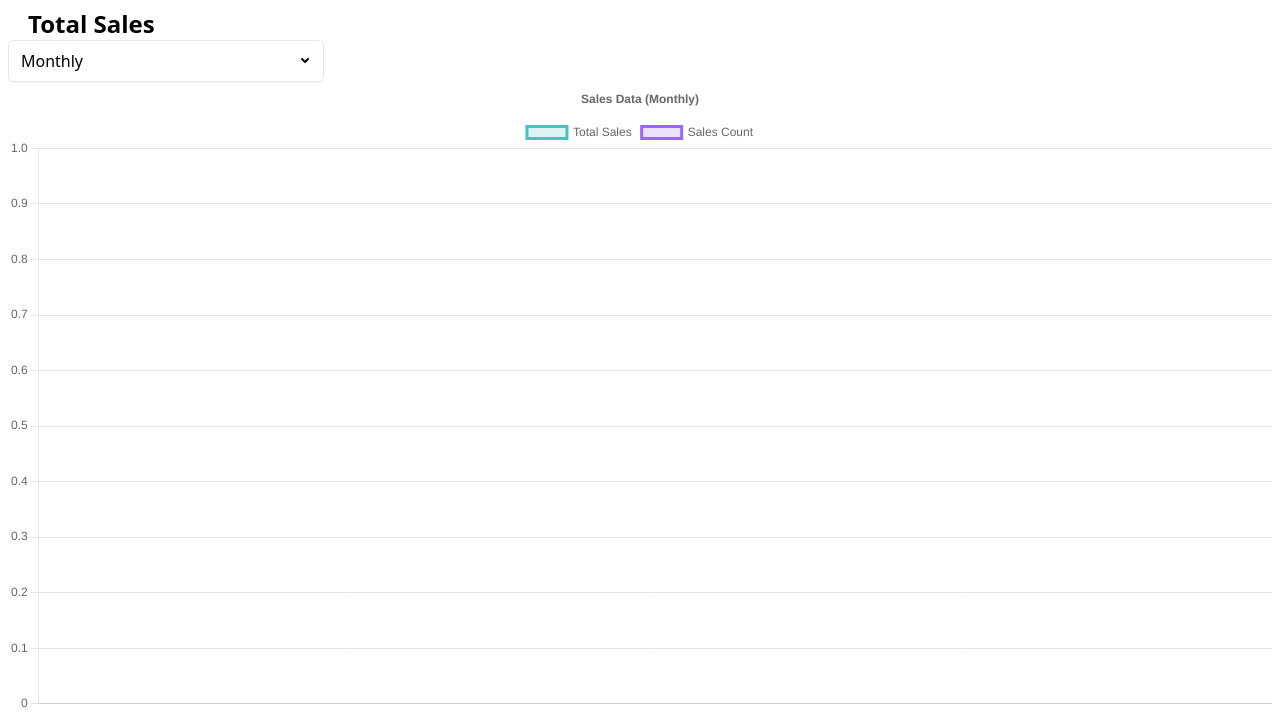
Repository: Qu4ntumGuy/visualize-it
Page: / (app in frontend/)
The author's editor kept a copy of each file at every save. The page is drawn from the files as they stood at one save, then again after the next save.
The browser window is 1280 px wide. The pictures show the whole page.
The page's requests for data from a server got no answer. An inner scrolling area shows only its first screen. The project was rebuilt for these pictures with package versions that can differ from the ones it lists, and the page was loaded fresh each time. No one was signed in, and anything a server would have sent is missing.

Above is the page before, as saved 2024-08-19 15:07:52.

### frontend/src/App.js
import axios from "axios";
import TotalSales from "./Components/TotalSales";
import { useEffect, useState } from "react";
import Dropdown from "./Components/Dropdown";

function App() {
  const [data, setData] = useState([]);
  const [dataType, setDataType] = useState("monthly");
  const [inputType, setInputType] = useState("monthlyTotalSales");

  const handleSelect = (option) => {
    setInputType(option);
  };

  const fetchSalesData = async () => {
    try {
      const response = await axios.get(
        `http://localhost:8000/api/${inputType}`
      );
      // console.log(response.data.data);
      setData(response.data.data);
    } catch (error) {
      console.error(error);
    }
  };

  useEffect(() => {
    fetchSalesData();
  }, [inputType]);

  return (
    <div className="h-screen overflow-hidden">
      <div className="h-screen overflow-y-auto p-2 max-w-7xl mx-auto">
        <div className=" text-2xl font-semibold ml-5">Total Sales</div>
        <div className=" w-1/4">
          <Dropdown
            options={[
              { value: "monthlyTotalSales", label: "Monthly" },
              { value: "dailyTotalSales", label: "Daily" },
              { value: "quarterlyTotalSales", label: "Quarterly" },
              { value: "yearlyTotalSales", label: "Yearly" },
            ]}
            onSelect={handleSelect}
          />
        </div>
        <TotalSales dataType={dataType} fetchedData={data} />
      </div>
    </div>
  );
}

export default App;

### frontend/src/Components/TotalSales.js
import React from "react";
import { Line } from "react-chartjs-2";
import {
  Chart as ChartJS,
  CategoryScale,
  LinearScale,
  PointElement,
  LineElement,
  Title,
  Tooltip,
  Legend,
} from "chart.js";

// Register the necessary components with Chart.js
ChartJS.register(
  CategoryScale,
  LinearScale,
  PointElement,
  LineElement,
  Title,
  Tooltip,
  Legend
);

const TotalSales = ({ dataType, fetchedData }) => {
  console.log(dataType, fetchedData);
  const salesData = fetchedData;
  const labels = salesData.map((item) =>
    dataType === "monthly"
      ? `${item._id.month}/${item._id.year}`
      : `${item._id.quarter}/${item._id.year}`
  );

  const data = {
    labels,
    datasets: [
      {
        label: "Total Sales",
        data: salesData.map((item) => item.totalSales),
        borderColor: "rgba(75, 192, 192, 1)",
        backgroundColor: "rgba(75, 192, 192, 0.2)",
        fill: true,
        tension: 0.3,
      },
      {
        label: "Sales Count",
        data: salesData.map((item) => item.count),
        borderColor: "rgba(153, 102, 255, 1)",
        backgroundColor: "rgba(153, 102, 255, 0.2)",
        fill: true,
        tension: 0.3,
      },
    ],
  };

  const options = {
    responsive: true,
    plugins: {
      legend: {
        position: "top",
      },
      title: {
        display: true,
        text: `Sales Data (${
          dataType.charAt(0).toUpperCase() + dataType.slice(1)
        })`,
      },
    },
    scales: {
      y: {
        beginAtZero: true,
      },
    },
  };

  return <Line data={data} options={options} />;
};

export default TotalSales;

### frontend/src/Components/Dropdown.js
import React, { useState, useEffect, useRef } from "react";

const Dropdown = ({ options, onSelect }) => {
  const [isOpen, setIsOpen] = useState(false);
  const [selectedOption, setSelectedOption] = useState(options[0] || null);
  const dropdownRef = useRef(null);

  const handleSelectOption = (option) => {
    setSelectedOption(option);
    onSelect(option.value);
    setIsOpen(false);
  };

  const handleClickOutside = (event) => {
    if (dropdownRef.current && !dropdownRef.current.contains(event.target)) {
      setIsOpen(false);
    }
  };

  useEffect(() => {
    document.addEventListener("click", handleClickOutside, true);
    return () => {
      document.removeEventListener("click", handleClickOutside, true);
    };
  }, []);

  return (
    <div ref={dropdownRef} className="relative h-full">
      <button
        onClick={() => setIsOpen(!isOpen)}
        className={`inline-flex w-full justify-between border h-full items-center p-2 px-3 rounded-md shadow-sm  focus:outline-none `}
      >
        {selectedOption ? selectedOption.label : "Select an option"}
        <svg
          className="-mr-1 ml-2 h-5 w-5"
          xmlns="http://www.w3.org/2000/svg"
          viewBox="0 0 20 20"
          fill="currentColor"
          aria-hidden="true"
        >
          <path
            fillRule="evenodd"
            d="M6.293 7.293a1 1 0 011.414 0L10 9.586l2.293-2.293a1 1 0 111.414 1.414l-3 3a1 1 0 01-1.414 0l-3-3a1 1 0 010-1.414z"
            clipRule="evenodd"
          />
        </svg>
      </button>

      {isOpen && (
        <div
          className={`bg-gray-300 text-black origin-top-right absolute right-0 mt-2 w-full rounded-md shadow-lg focus:outline-none z-10`}
        >
          <div
            className=""
            role="menu"
            aria-orientation="vertical"
            aria-labelledby="options-menu"
          >
            {options.map((option) => (
              <button
                key={option.value}
                onClick={() => handleSelectOption(option)}
                className={`block w-full text-left px-4 py-2 h-11 hover:bg-gray-200 focus:outline-none`}
                role="menuitem"
              >
                {option.label}
              </button>
            ))}
          </div>
        </div>
      )}
    </div>
  );
};

export default Dropdown;

Loaded but not shown: frontend/public/index.html (common file); frontend/src/index.js (common file); frontend/src/index.css (common file); frontend/src/reportWebVitals.js (common file); frontend/tailwind.config.js (common file)

After the next save:
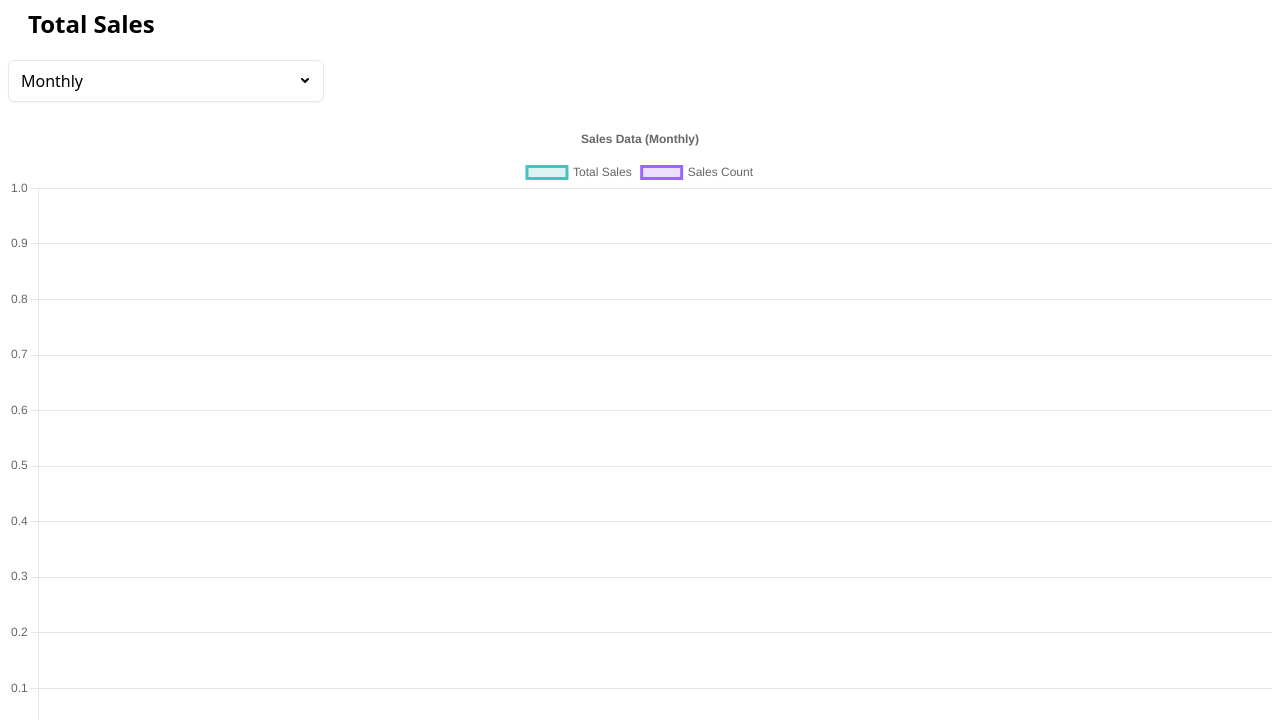
Saved 30 s later.
--- a/frontend/src/App.js
+++ b/frontend/src/App.js
@@ -32,7 +32,7 @@ function App() {
     <div className="h-screen overflow-hidden">
       <div className="h-screen overflow-y-auto p-2 max-w-7xl mx-auto">
         <div className=" text-2xl font-semibold ml-5">Total Sales</div>
-        <div className=" w-1/4">
+        <div className=" w-1/4 my-5">
           <Dropdown
             options={[
               { value: "monthlyTotalSales", label: "Monthly" },
